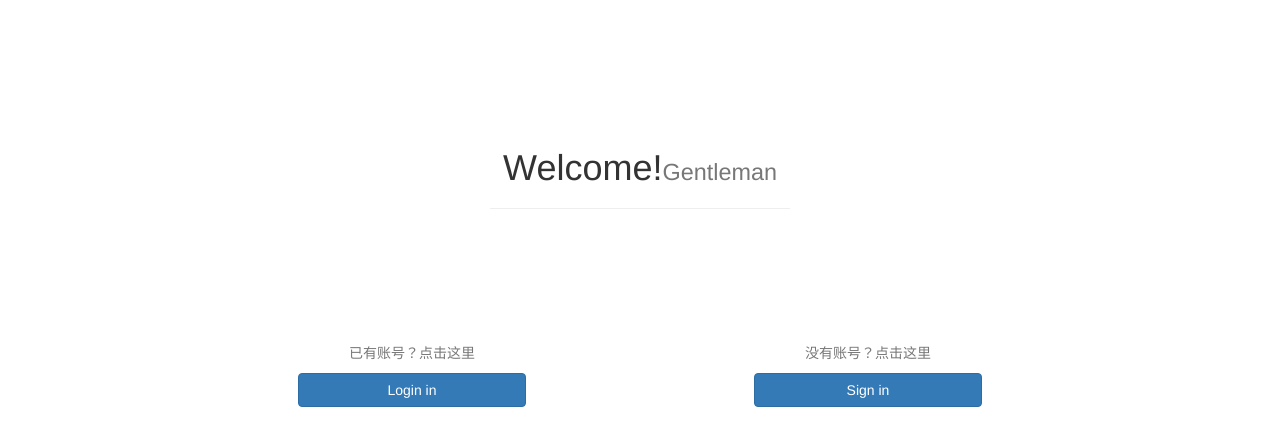
Repository: JasonBour/Beautypedia
Page: http://localhost/
These files come from the project's save history. The page is drawn as it stood at one moment and after the next save; the edit follows.
The browser window is 1280 px wide. The pictures show the whole page.
The page is run by PHP 8.4 with error messages shown; the project is at /var/www/html/.

Above is the page before, as saved 2015-09-13 13:43:06.

After the next save:
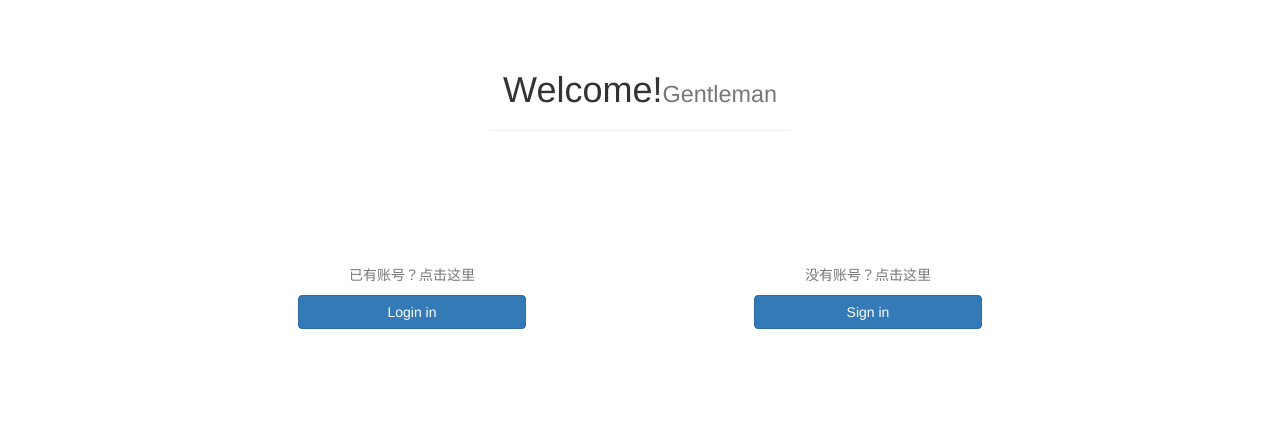
Saved 33 min 40 s later.
--- a/Beautypedia/index.php
+++ b/Beautypedia/index.php
@@ -9,7 +9,7 @@
 <body>
 
 
-<div class="container ">
+<div class="container " style="margin-top:50px;">
     <h1  class="title">Welcome!<small>Gentleman</small></h1>
 
 
